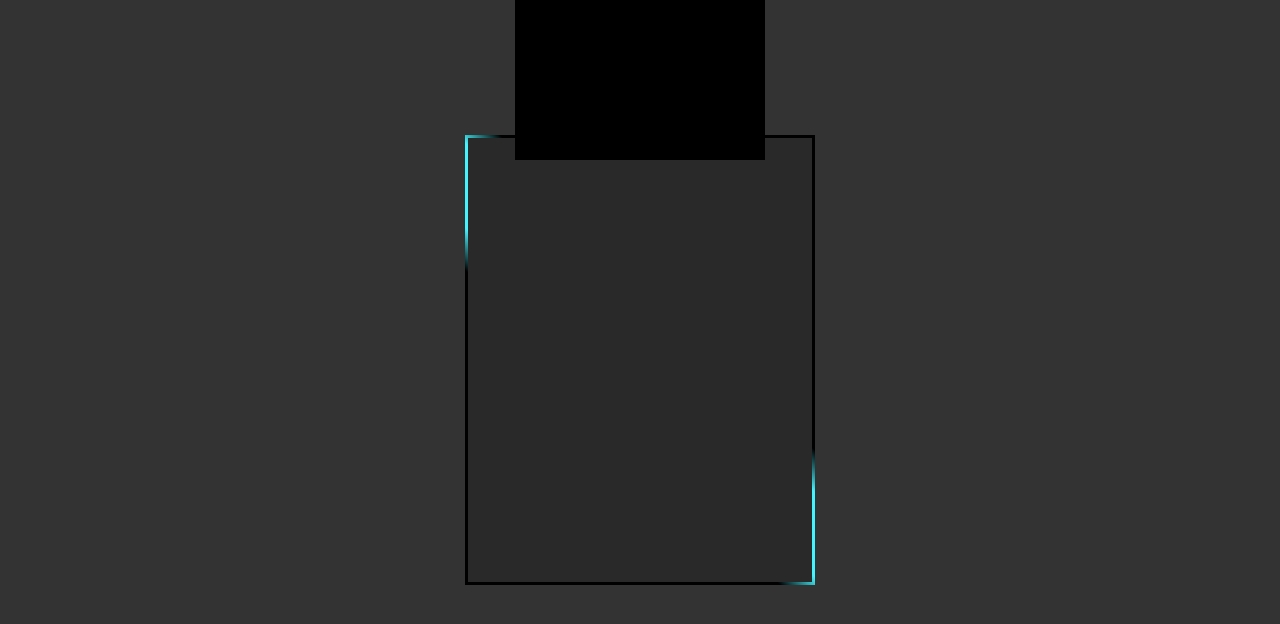
Repository: SeungYn/Javascript-study-toy
Page: profile-card/index.html
The author's editor kept a copy of each file at every save. The page is drawn from the files as they stood at one save, then again after the next save.
The browser window is 1280 px wide. The pictures show the whole page.
The pointer rests on the first visible `.card`.

Above is the page before, as saved 2023-01-12 15:35:47.

After the next save:
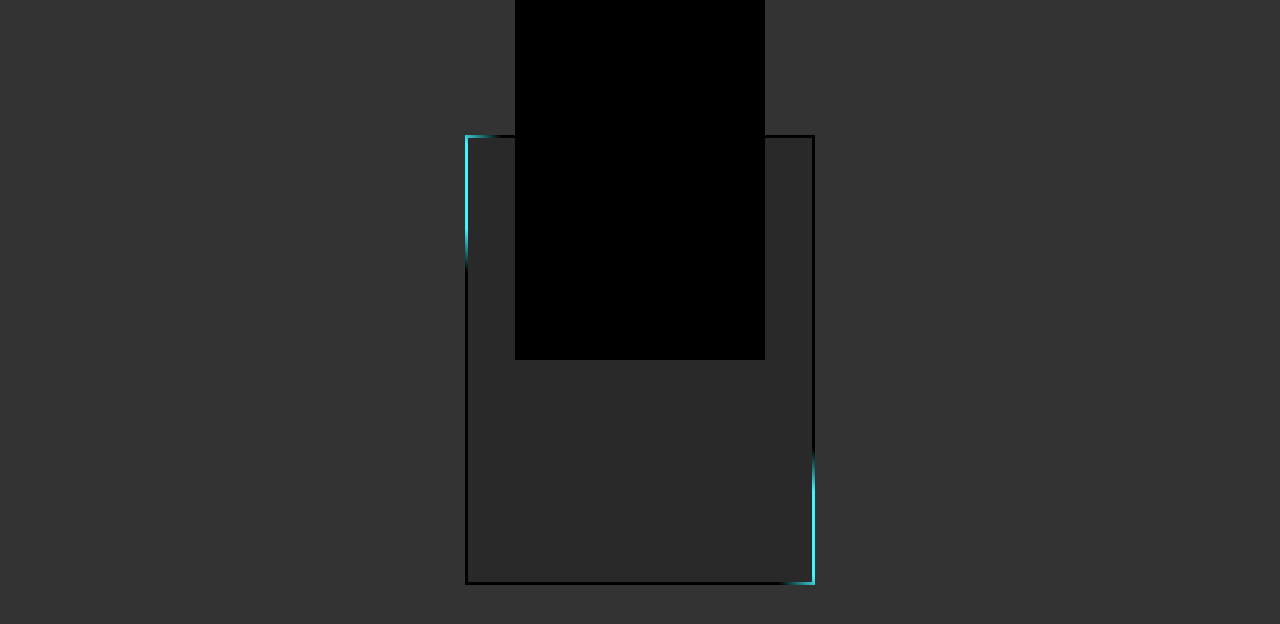
Saved 19 s later.
--- a/profile-card/style.css
+++ b/profile-card/style.css
@@ -84,5 +84,5 @@
 
 .card:hover .imgBx {
   width: 250px;
-  height: 250px;
+  height: 450px;
 }

After the save that followed:
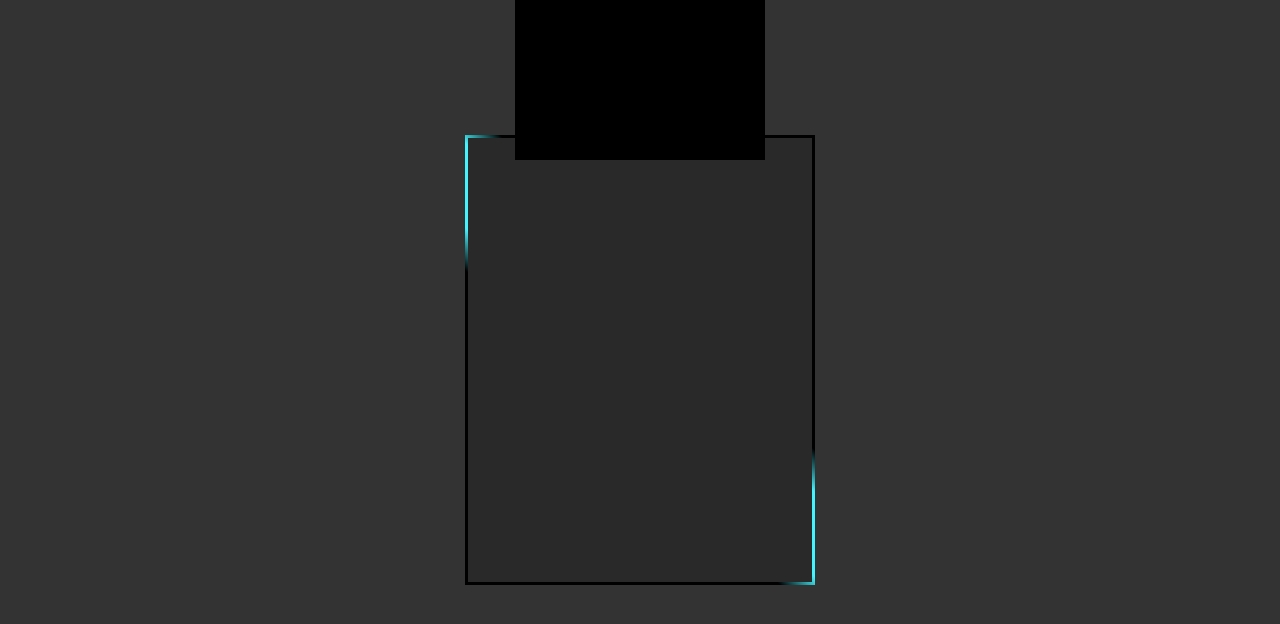
Saved 18 s later.
--- a/profile-card/style.css
+++ b/profile-card/style.css
@@ -84,5 +84,5 @@
 
 .card:hover .imgBx {
   width: 250px;
-  height: 450px;
+  height: 250px;
 }
